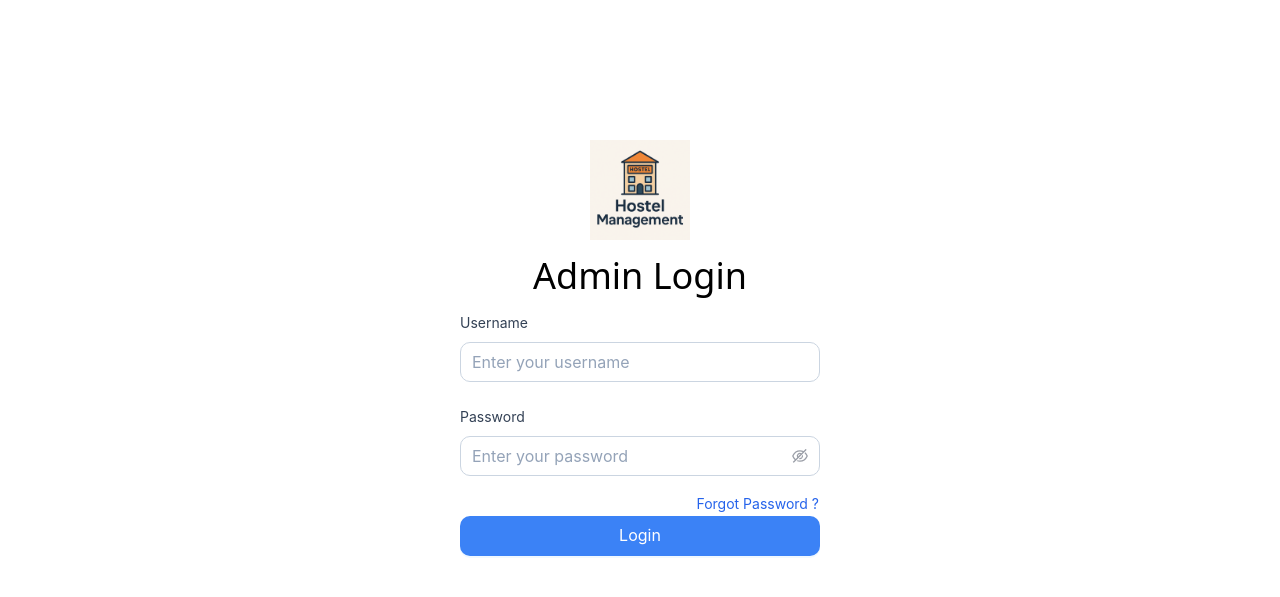
Repository: sujal984/Hostel-Management-System
Page: /Admin/accepted-applications (app in frontend/)
These files come from the project's save history. The page is drawn as it stood at one moment and after the next save; the edit follows.
The browser window is 1280 px wide. The pictures show the whole page.
The project was rebuilt for these pictures with package versions that can differ from the ones it lists, and the page was loaded fresh each time. Also part of the build but not shown: frontend/vite.config.js, frontend/src/components/Acceptedapplication.jsx, frontend/src/components/AdminDashboard.jsx, frontend/src/components/StepForms.jsx, frontend/src/components/ApplicationForm.jsx, frontend/src/components/TrackStatus.jsx, frontend/src/components/Temporary.jsx, frontend/src/components/ApplicationDetail.jsx and 2 more.

Above is the page before, as saved 2025-08-02 17:26:47.

### frontend/index.html
<!DOCTYPE html>
<html lang="en">
  <head>
    <meta charset="UTF-8" />
    <link
      rel="icon"
      type="image/svg+xml"
      href="/ChatGPT Image May 22, 2025, 12_02_14 PM.png"
    />
    <meta name="viewport" content="width=device-width, initial-scale=1.0" />
    <title>Hostel Management</title>
  </head>
  <body>
    <div id="root"></div>
    <script type="module" src="/src/main.jsx"></script>
  </body>
</html>

### frontend/src/main.jsx
import { createRoot } from "react-dom/client";
import { FormProvider } from "./components/FormContext.jsx";
import theme from "./theme.json";
import { ConfigProvider } from "antd";
import "./index.css";
import App from "./App.jsx";
import { BrowserRouter } from "react-router-dom";
import "@ant-design/v5-patch-for-react-19";
createRoot(document.getElementById("root")).render(
  <BrowserRouter>
    <ConfigProvider theme={theme}>
      <FormProvider>
        <App />
      </FormProvider>
    </ConfigProvider>
  </BrowserRouter>
);

### frontend/src/components/FormContext.jsx
// src/context/FormContext.jsx
import { createContext, useContext, useState } from "react";

const FormContext = createContext();

export const useFormContext = () => useContext(FormContext);

export const FormProvider = ({ children }) => {
  const [formData, setFormData] = useState({});
  const resetForm = () => setFormData({});

  return (
    <FormContext.Provider value={{ formData, setFormData, resetForm }}>
      {children}
    </FormContext.Provider>
  );
};

### frontend/src/theme.json
{
  "token": {
    "colorPrimary": "#3b82f6",
    "colorInfo": "#2563eb",
    "colorSuccess": "#22c55e",
    "colorWarning": "#facc15",
    "colorError": "#ef4444",

    "colorTextBase": "#1e293b",
    "colorBgBase": "#f8fafc",
    "colorBgContainer": "#ffffff",

    "fontFamily": "Inter, -apple-system, BlinkMacSystemFont, Segoe UI, Roboto, Helvetica Neue, Arial, sans-serif",
    "fontSize": 14,

    "borderRadius": 8,
    "colorBorder": "#e2e8f0",
    "colorTextPlaceholder": "#94a3b8"
  },

  "components": {
    "Button": {
      "controlHeight": 40,
      "colorPrimaryHover": "#2563eb",
      "colorPrimaryActive": "#1d4ed8"
    },
    "Table": {
      "colorBgContainer": "#ffffff",
      "colorBorderSecondary": "#e5e7eb",
      "headerBg": "#f1f5f9",
      "headerColor": "#0f172a"
    },
    "Form": {
      "labelColor": "#334155",
      "colorText": "#1e293b"
    },
    "Input": {
      "controlHeight": 50,
      "paddingInline": 16,
      "paddingBlock": 10,
      "borderRadius": 10,
      "colorBgContainer": "#ffffff",
      "colorBorder": "#cbd5e1",
      "colorText": "#0f172a"
    },
    "Steps": {
      "colorPrimary": "#3b82f6",
      "colorSplit": "#e2e8f0"
    },
    "Result": {
      "titleFontSize": 24,
      "subtitleFontSize": 16,
      "colorText": "#334155"
    },
    "Link": {
      "colorText": "#2563eb",
      "colorTextHover": "#1d4ed8",
      "colorTextActive": "#1e40af"
    },
    "Card": {
      "colorBgContainer": "#ffffff",
      "boxShadow": "0 4px 12px rgba(0, 0, 0, 0.05)",
      "borderRadius": 12,
      "padding": 24,
      "headerFontSize": 18,
      "colorTextHeading": "#0f172a"
    }
  }
}

### frontend/src/index.css
* {
  margin: 0;
  padding: 0;
}
@import "tailwindcss";

### frontend/src/App.jsx
import ProtectedRoute from "./components/ProtectedRoute";

import { WithHelmet } from "./helper/WithHelmet";
import { Routes, Route, Navigate } from "react-router-dom";
import { ROUTES } from "./constant/ROUTE";
import Page404 from "./components/Page404";
// import "./App.css";

function App() {
  const isAdminLoggedIn = localStorage.getItem("admin_logged_in") === "true";

  return (
    <Routes>
      {Object.values(ROUTES).map((route) => {
        const withHelmetComponent = WithHelmet(route.component, route.title);
        const Component = withHelmetComponent;

        // console.log(route.title);

        if (route.path === "/Admin/login") {
          // If logged in and on /Admin/login, redirect manually to dashboard
          if (isAdminLoggedIn) {
            return (
              <Route
                key={route.path}
                path={route.path}
                element={<Navigate to="/Admin/dashboard" replace />}
              />
            );
          } else {
            return (
              <Route
                key={route.path}
                path={route.path}
                element={<Component title={route.title} />}
              />
            );
          }
        }

        if (
          route.path === "/Admin/dashboard" ||
          (route.path.startsWith("/Admin/") && route.path !== "/Admin/login")
        ) {
          return (
            <Route
              key={route.path}
              path={route.path}
              element={
                <ProtectedRoute>
                  <Component title={route.title} />
                </ProtectedRoute>
              }
            />
          );
        }

        return (
          <Route
            key={route.path}
            path={route.path}
            element={<Component title={route.title} />}
          />
        );
      })}

      <Route path="*" element={<Page404 />} />
    </Routes>
  );
}

export default App;

### frontend/src/components/ProtectedRoute.jsx
import { Navigate } from "react-router-dom";

function ProtectedRoute({ children }) {
  const isAdminLoggedIn = localStorage.getItem("admin_logged_in") === "true";

  return isAdminLoggedIn ? children : <Navigate to="/Admin/login" replace />;
}

export default ProtectedRoute;

### frontend/src/helper/WithHelmet.jsx
import { Helmet } from "react-helmet";

// Higher-Order Component with Helmet
export function WithHelmet(Component, title) {
  return function WrappedComponent(props) {
    return (
      <>
        <Helmet>
          <title>{title}</title>
        </Helmet>
        <Component {...props} />
      </>
    );
  };
}

### frontend/src/constant/ROUTE.js
import AcceptedApplication from "../components/Acceptedapplication";
import AdminDashboard from "../components/AdminDashboard";
import AdminLogin from "../components/AdminLogin";
import ApplicationForm from "../components/ApplicationForm";
import TrackStatus from "../components/TrackStatus";
import Temporary from "../components/Temporary";
import ApplicationDetail from "../components/ApplicationDetail";
import ForgotPassword from "../components/ForgotPassword";

export const ROUTES = {
  ApplicationForm: {
    path: "/",
    component: ApplicationForm,
    title: "Application Form",
    heading: "Application Form",
  },
  AdminLogin: {
    path: "/Admin/login",
    component: AdminLogin,
    title: "Admin Login",
    heading: "Admin Login",
    description: "Its a  admin login page",
  },
  ForgotPassword: {
    path: "/Admin/forgot",
    component: ForgotPassword,
    title: "Forgot Password",
  },
  Tracking: {
    path: "/User/Application/status",
    component: TrackStatus,
    title: "Application Tracking",
    heading: "Application Tracking",
  },

  Admin_Dashborad: {
    path: "/Admin/dashboard",
    component: AdminDashboard,
    title: "Admin Dashboard",
    heading: "Admin Dashboard",
  },
  Accepted_Applications: {
    path: "/Admin/accepted-applications",
    component: AcceptedApplication,
    title: "Accepted Applications",
    heading: "Accepted Applications",
  },
  Application_Detail: {
    path: `/Admin/Application/detail/:id`,
    component: ApplicationDetail,
    title: "Application Detail",
    heading: "Application Detail",
  },
  Temporary: {
    path: "/temporary",
    component: Temporary,
    title: "Temporary",
    heading: "Temporary",
  },
};

### frontend/src/components/AdminLogin.jsx
import { Button, Form, Card, Typography, message } from "antd";
import FormItem from "antd/es/form/FormItem";
import Input from "antd/es/input/Input";
import { useState, useEffect } from "react";
import { Result } from "antd";

import { Endpoint } from "../constant/Endpoint";
import axios from "axios";
import { useNavigate } from "react-router-dom";
import { ROUTES } from "../constant/ROUTE";

function AdminLogin() {
  const [showResult, setShowResult] = useState(false);
  const [form] = Form.useForm();
  const navigate = useNavigate();
  useEffect(() => {
    if (localStorage.getItem("admin_logged_in") === "true") {
      navigate("/Admin/dashboard");
    }
  }, [navigate]);
  const handleLogin = async (values) => {
    console.log("run");
    try {
      const response = await axios.post(
        `${import.meta.env.VITE_API_URL}${Endpoint.adminlogin}`,
        {
          User_Name: values.User_Name,
          Password: values.Password,
        }
      );
      if (response.data && response.data.message === "Login successful") {
        message.success("Login successful");
        localStorage.setItem("admin_logged_in", "true");
        navigate("/Admin/dashboard");
      } else {
        setShowResult(true);

        localStorage.removeItem("admin_logged_in");
      }
    } catch (error) {
      setShowResult(true);
      console.log(error);
      localStorage.removeItem("admin_logged_in");
    }
  };
  const handleTryAgain = () => {
    setShowResult(false);
    form.resetFields();
  };
  return (
    <>
      <div className="h-screen flex justify-center items-center ">
        <div className=" md:min-w-[400px] !p-5">
          {showResult ? (
            <Result
              status="error"
              title="Login Failed"
              subTitle="Invalid username or password."
              extra={[
                <Button type="primary" key="tryagain" onClick={handleTryAgain}>
                  Try Again
                </Button>,
              ]}
            />
          ) : (
            <>
              <div className="flex justify-center">
                <img
                  src="/ChatGPT Image May 22, 2025, 12_02_14 PM.png"
                  className="w-[100px] h-[100px]"
                />
              </div>
              <h1 className="text-4xl text-center font-medium !m-4">
                Admin Login
              </h1>
              <Form
                layout="vertical"
                onFinish={handleLogin}
                requiredMark={false}
                form={form}
              >
                <FormItem
                  label="Username"
                  name="User_Name"
                  rules={[
                    { required: true, message: "Please Enter Your Username" },
                  ]}
                >
                  <Input placeholder="Enter your username" size="large" />
                </FormItem>
                <FormItem
                  label="Password"
                  name="Password"
                  rules={[
                    { required: true, message: "Please Enter Your Password" },
                  ]}
                >
                  <Input.Password
                    placeholder="Enter your password"
                    size="large"
                  />
                </FormItem>
                <FormItem className="!relative">
                  <Button
                    type="link"
                    href={ROUTES.ForgotPassword}
                    className="!absolute bottom-8 right-0 !pr-0 "
                  >
                    Forgot Password ?
                  </Button>
                  <Button
                    htmlType="submit"
                    type="primary"
                    size="large"
                    className="!w-full !mt-4"
                  >
                    Login
                  </Button>
                </FormItem>
              </Form>
            </>
          )}
        </div>
      </div>
    </>
  );
}

export default AdminLogin;

### frontend/src/constant/Endpoint.js
export const Endpoint = {
  submitapplication: "/submit-application/",
  fetchapplications: "/fetch-applications/",
  deleteapplication: "/delete-application/",
  acceptedapplications: "/fetch-accepted-applications/",
  trackStatus: "/get-status/",
  roomallocation: "/allocate-room/",
  applicationupdatestatus: "/update-status/",
  availablerooms: "/available-rooms/",
  adminlogin: "/login/",
  applicationdetail: "/application",
};

After the next save:
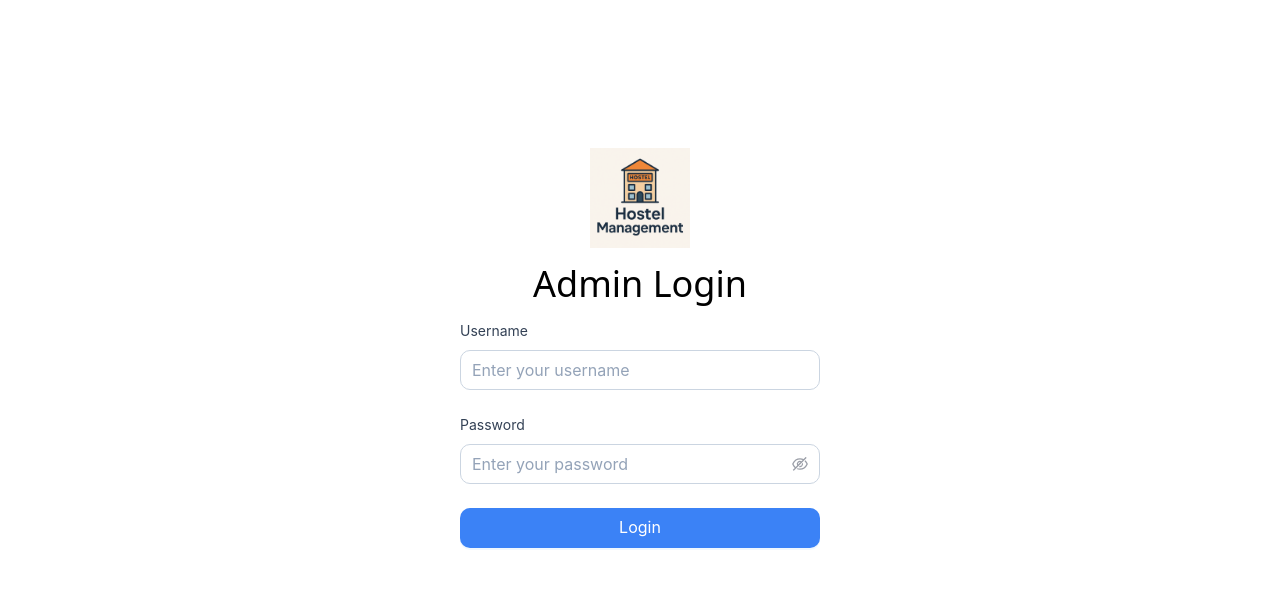
Saved 40 s later.
--- a/frontend/src/components/AdminLogin.jsx
+++ b/frontend/src/components/AdminLogin.jsx
@@ -100,19 +100,12 @@ function AdminLogin() {
                     size="large"
                   />
                 </FormItem>
-                <FormItem className="!relative">
-                  <Button
-                    type="link"
-                    href={ROUTES.ForgotPassword}
-                    className="!absolute bottom-8 right-0 !pr-0 "
-                  >
-                    Forgot Password ?
-                  </Button>
+                <FormItem>
                   <Button
                     htmlType="submit"
                     type="primary"
                     size="large"
-                    className="!w-full !mt-4"
+                    className="!w-full"
                   >
                     Login
                   </Button>
